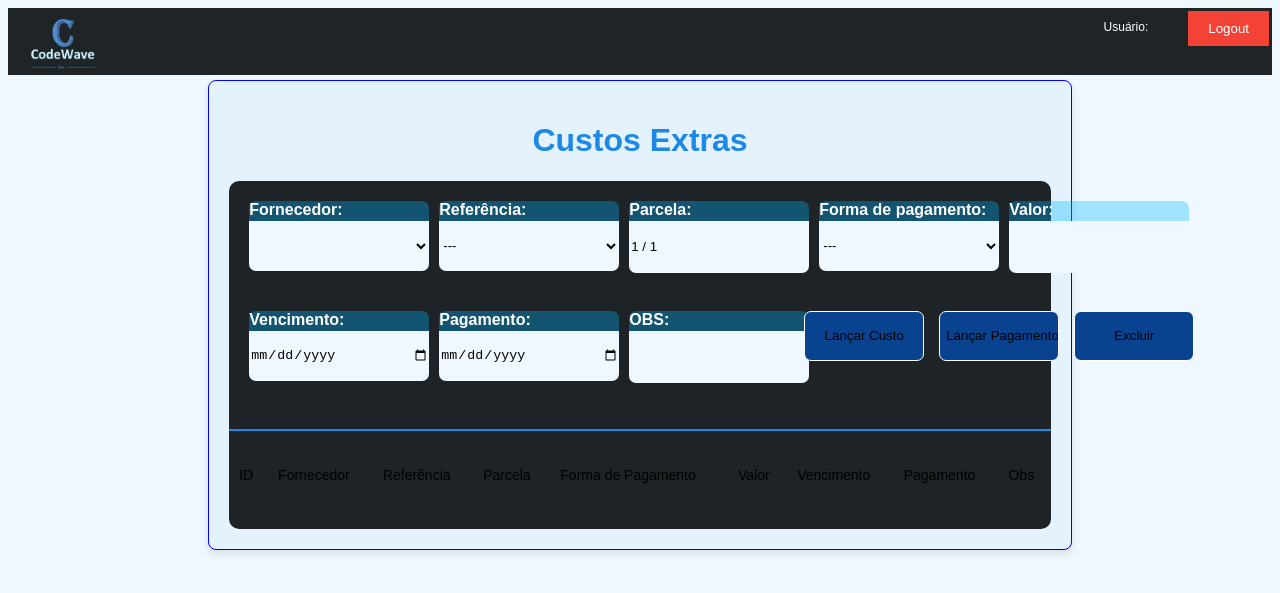
Repository: Romario-Brandao/CodeWave
Page: myproject/loja/templates/outras_despesas.html
These files come from the project's save history. The page is drawn as it stood at one moment and after the next save; the edit follows.
The browser window is 1280 px wide. The pictures show the whole page.
The template is drawn by Django 5.2. The application's start-up code is not run. The template is opened directly, without the code that normally fills it, so the values that code supplies are empty.

Above is the page before, as saved 2025-03-01 01:33:33.

After the next save:
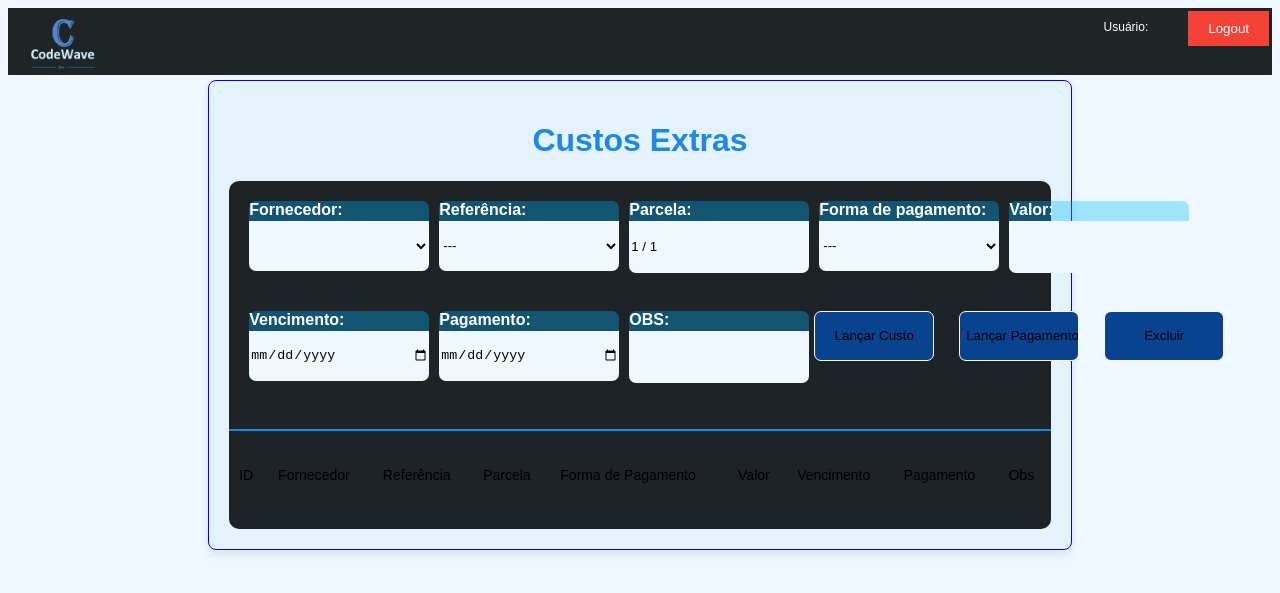
Saved 6 s later.
--- a/myproject/loja/templates/outras_despesas.html
+++ b/myproject/loja/templates/outras_despesas.html
@@ -60,13 +60,13 @@
         <input class="caixa2_parcelas" type="text" name="obs"
         name="obs">
       </div>
-      <div style="margin: 0 10px 0 10px;">
+      <div style="margin: 0 10px 0 20px;">
         <input class="butao_servico" type="submit" name="acao" value="Lançar Custo">
       </div>
-      <div style="margin: 0 10px 0 10px;">
+      <div style="margin: 0 10px 0 20px;">
         <input class="butao_servico" type="submit" name="acao" value="Lançar Pagamento">
       </div>
-      <div style="margin: 0 10px 0 10px;">
+      <div style="margin: 0 10px 0 20px;">
         <input class="butao_servico" type="submit" name="acao" value="Excluir">
       </div>
     </div>
